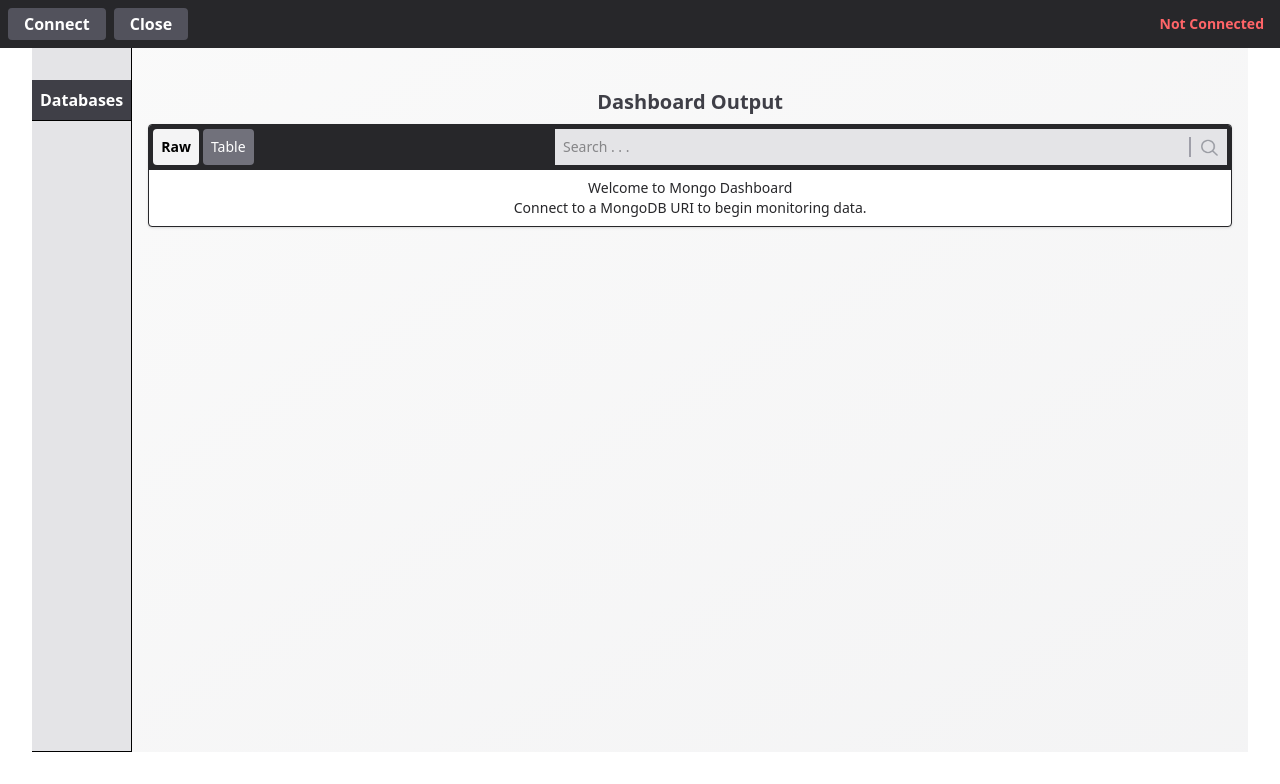
Repository: aryan151pratap/Dashboard
Page: / (app in frontened/)
These files come from the project's save history. The page is drawn as it stood at one moment and after the next save; the edit follows.
The browser window is 1280 px wide. The pictures show the whole page.
The page's requests for data from a server got no answer. The project was rebuilt for these pictures with package versions that can differ from the ones it lists, and the page was loaded fresh each time. No one was signed in, and anything a server would have sent is missing. Also part of the build but not shown: frontened/vite.config.js, frontened/src/component/connect.jsx, frontened/src/component/table.jsx.

Above is the page before, as saved 2025-06-24 18:38:56.

### frontened/index.html
<!doctype html>
<html lang="en">
  <head>
    <meta charset="UTF-8" />
    <link rel="icon" type="image/svg+xml" href="/vite.svg" />
    <meta name="viewport" content="width=device-width, initial-scale=1.0" />
    <title>Dashboard</title>
    <script src="https://cdn.jsdelivr.net/npm/@tailwindcss/browser@4"></script>

  </head>
  <body>
    <div id="root"></div>
    <script type="module" src="/src/main.jsx"></script>
  </body>
</html>

### frontened/src/App.jsx
import { useState } from 'react'
import './App.css'
import Page from './component/page'

function App() {

  return (
    <>
    <div className='h-screen max-w-full'>
      <Page/>
    </div>
    </>
  )
}

export default App

### frontened/src/component/page.jsx
import Bar from "./bar";

function Page(){
	return(
		<>
		<div className="h-full w-full bg-gradient-to-br from-zinc-50 to-zinc-100">
			<Bar/>
		</div>
		</>
	)
}

export default Page;

### frontened/src/component/bar.jsx
import { useState } from "react";
import Connect from "./connect";
import Dashboard from "./dashboard";

function Bar() {
	const [buttons] = useState(["connect", "close"]);
	const [showModal, setShowModal] = useState(false);
	const [connected, setConnected] = useState('not');
	const [cluster, setCluster] = useState([]);

	return (
		<div>
			{/* Top Navbar */}
			<div className="w-full fixed top-0 left-0 flex justify-between items-center bg-zinc-800 text-white z-10">
				<div className="flex gap-2 p-2">
					{buttons.map((i, index) => (
						<button
						key={index}
						onClick={() => i === "connect" && setShowModal(true)}
						className="capitalize font-semibold bg-zinc-600 px-4 py-1 rounded hover:bg-zinc-700"
						>
						{i}
						</button>
					))}
				</div>
				<div className="h-full">
					{connected === 'connecting' ?
						<div className="flex items-center gap-2 px-4 py-2 text-sm font-semibold text-blue-500">
							<div className="w-5 h-5 border-3 border-blue-500 border-t-transparent rounded-full animate-spin"></div>
							<span>Connecting...</span>
						</div>

						:
						<p className={`px-4 py-2 relative font-semibold text-sm ${connected !== 'not' ? "text-green-400 " : "text-red-400"}`}>
							{connected !== 'not' &&
								<div>
									<div className="absolute right-1 top-0 p-1 rounded-full bg-green-400">
									</div>
									<div className="absolute right-1 top-0 p-1 rounded-full bg-green-400 animate-ping">
									</div>
								</div>
							}
							<span>{connected !== 'not' ? "Connected" : "Not Connected"}</span>
						</p>
					}
				</div>
			</div>

			<div>
				<Dashboard cluster={cluster}/>
			</div>



			{showModal && (
				<Connect
					setConnected={setConnected}
					setShowModal={setShowModal}
					setCluster={setCluster}
				/>
			)}
		</div>
	);
}

export default Bar;

### frontened/src/component/dashboard.jsx
import { useState } from "react";
import Left_bar from "../bars/left_bar";
import Right_bar from "../bars/right_bar";

function Dashboard({ cluster }){

	const [collection, setCollection] = useState(null);

	return(
		<>
		<div className="w-full flex sm:flex-row flex-col">

			<Left_bar setCollection={setCollection} cluster={cluster}/>

			<Right_bar collection={collection}/>

		</div>
		</>
	)
}

export default Dashboard;

### frontened/src/bars/left_bar.jsx
import { useState } from "react";
import clusterData from "../data/clusterData";
const apiUrl = import.meta.env.VITE_BACKEND_ADD;

function Left_bar({ setCollection, cluster }){
	const [current_database, setCurrent_database] = useState(null);

	const handle_current_database = function(i){
		setCurrent_database(i);
	}

	const handle_current_collections = async function(i){
		const new_data = {
			uri: cluster.uri,
			database: current_database.name,
			collection: i,
		}
		console.log(new_data);
		try{
			if(new_data){
				const res = await fetch(`${apiUrl}/api/collection/`, {
					method: 'POST',
					headers: {
						'Content-Type': 'application/json',
					},
					credentials: 'include',
					body: JSON.stringify(new_data),
				})

				const result = await res.json();
				if(result.ok){
					const collection = {
						cluster: cluster.name,
						...new_data,
						data: result.data
					}
					setCollection(collection);
				} else {
					console.error(result.message || 'Login failed');
				}
			}
		} catch (err) {
			console.log(err);
		}
	}

	return(
		<>
		<div className="sticky top-0 shrink-0 h-fit sm:h-screen w-full sm:w-fit pt-12 bg-zinc-200 border-b sm:border-r">

			<div className="flex flex-row border-b">
				<button className={`sm:w-full sm:text-center font-bold px-2 py-2 ${current_database === null ? 'text-white bg-zinc-700' : 'text-zinc-700'}`}
					onClick={() => setCurrent_database(null)}
				>
					{current_database ?
					<span>{current_database.name}</span>
					:
					<span>Databases</span>
					}
				</button>

				{current_database &&
					<button className={`sm:text-center font-bold px-4 py-2 ${current_database !== null ? 'text-white bg-zinc-700' : 'text-zinc-700'}`}>Collections</button>
				}
			</div>


			<ul className="text-sm flex sm:flex-col flex-row overflow-x-auto">
			{current_database ?
			<>
				{current_database.collections?.map((i, index) => (
					<li key={index} className="hover:underline cursor-pointer border-r sm:border-r-0 sm:border-b px-4 py-2"
					onClick={() => handle_current_collections(i)}
					>
						{i}
					</li>
				))}
			</>
			:
			<>
				{cluster.databases?.map((i, index) => (
					<li key={index} className="hover:underline cursor-pointer border-r sm:border-r-0 sm:border-b px-4 py-2"
					onClick={() => handle_current_database(i)}
					>
						{i.name}
					</li>
				))}
			</>
			}
			</ul>
		</div>
		</>
	)
}

export default Left_bar;

### frontened/src/bars/right_bar.jsx
import { useState } from "react";
import Table from "../component/table";
import Search from "../component/search";

function Right_bar({ collection }){

	const [tab, setTab] = useState(['raw', 'table']);
	const [current_tab, setCurrrent_tab] = useState('raw');

	return(
		<>
		<div className="w-full sm:pt-14 p-2 sm:p-4">
			<h1 className="text-xl font-bold mb-2 text-zinc-700">Dashboard Output</h1>

			{collection &&
				<div className="bg-zinc-200 p-2 mb-2">
					<div className="flex flex-row gap-2 overflow-x-auto font-semibold text-zinc-700">
						<span className="shrink-0 hover:underline cursor-pointer">{collection.cluster}
							<svg xmlns="http://www.w3.org/2000/svg" className="w-4 h-4 ml-1 inline-block" fill="none" viewBox="0 0 24 24" stroke="currentColor" strokeWidth={2}>
								<path strokeLinecap="round" strokeLinejoin="round" d="M9 5l7 7-7 7" />
							</svg>
						</span>
						<span className="shrink-0 hover:underline cursor-pointer">{collection.database}
							<svg xmlns="http://www.w3.org/2000/svg" className="w-4 h-4 ml-1 inline-block" fill="none" viewBox="0 0 24 24" stroke="currentColor" strokeWidth={2}>
								<path strokeLinecap="round" strokeLinejoin="round" d="M9 5l7 7-7 7" />
							</svg>
						</span>
						<span className="shrink-0 hover:underline cursor-pointer">{collection.collection}
						</span>
					</div>
				</div>
			}

			<div className="bg-white border rounded shadow text-sm text-zinc-800 overflow-hidden">
				<div className="bg-zinc-800 flex gap-1 p-1 border-b">
					{tab.map((i, index) => (
						<button key={index} className={`${current_tab === i ? 'bg-zinc-100 text-black font-bold' : 'bg-zinc-500 text-white'} px-2 py-1 rounded-sm capitalize cursor-pointer`}
						onClick={() => setCurrrent_tab(i)}
						>
							{i}
						</button>
					))}
					<div className="w-2xl bg-zinc-400 ml-auto">
						<Search/>
					</div>
				</div>


				<div className="overflow-x-auto">

					{collection?.data.length > 0 ?
						<div className="">
							{current_tab === 'table' ?
							<div>
								<Table collection={collection}/>
							</div>
							:
								<div>
									{collection.data.map((i, index) => (
										<pre key={index} className="bg-black text-green-400 p-4 rounded overflow-x-auto text-sm">
											{JSON.stringify(i, null, 2)}
										</pre>
									))}
								</div>
							}
					</div>
					:
					<div className="p-2">
						<p>Welcome to Mongo Dashboard</p>
						<p>Connect to a MongoDB URI to begin monitoring data.</p>
					</div>
					}
				</div>
			</div>
		</div>
		</>
	)
}

export default Right_bar;

### frontened/src/data/clusterData.js
const clusterData = {
  name: "iotCluster",
  uri: "mongodb+srv://admin:pass@iotcluster.mongodb.net", // optional metadata
  databases: [
    {
      name: "sensorDB",
      collections: ["temperature", "humidity", "pressure"]
    },
    {
      name: "deviceLogs",
      collections: ["bootLogs", "errorLogs", "runtimeStats"]
    },
    {
      name: "statusDB",
      collections: ["uptime", "statusHistory", "batteryHealth"]
    }
  ]
};

export default clusterData;

### frontened/src/component/search.jsx
import { useEffect, useState } from "react";
import search_img from '../image/search.png';

function Search({ data, setData }){

	const [search, setSearch] = useState("");



	return(
		<>
		<div className="w-full px-2 py-2 flex gap-2 bg-zinc-200">
			<input type="text" value={search} placeholder="Search . . ." className="w-full md:w-[50%] outline-none"
			onChange={(e) => {setSearch(e.target.value)}}
			/>
			<div className="text-zinc-400 items-center flex gap-2 flex-row justify-center ml-auto">
				{search.trim() !== '' &&
					<button className="text-zinc-500"
					onClick={() => setSearch('')}
					>
						<svg xmlns="http://www.w3.org/2000/svg" className="h-5 w-5" fill="none" viewBox="0 0 24 24" stroke="currentColor">
							<path strokeLinecap="round" strokeLinejoin="round" strokeWidth={2} d="M6 18L18 6M6 6l12 12" />
						</svg>
					</button>
				}
				<div className="border-1 h-full"></div>
				<img src={search_img} alt="" className="w-5 h-5"/>
			</div>
		</div>
		</>
	)
}

export default Search;

Loaded but not shown: frontened/src/main.jsx (common file); frontened/src/App.css (common file)

After the next save:
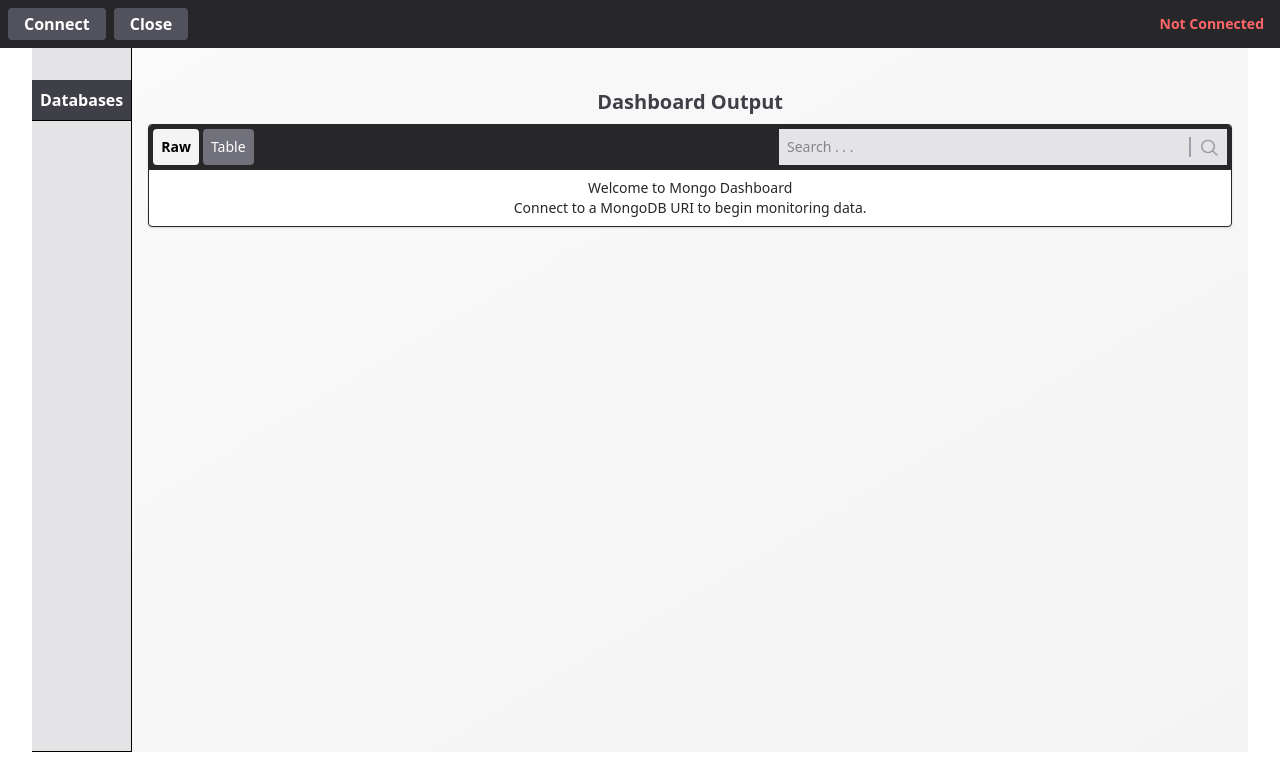
Saved 6 s later.
--- a/frontened/src/bars/right_bar.jsx
+++ b/frontened/src/bars/right_bar.jsx
@@ -40,7 +40,7 @@
 							{i}
 						</button>
 					))}
-					<div className="w-2xl bg-zinc-400 ml-auto">
+					<div className="w-md bg-zinc-400 ml-auto">
 						<Search/>
 					</div>
 				</div>
